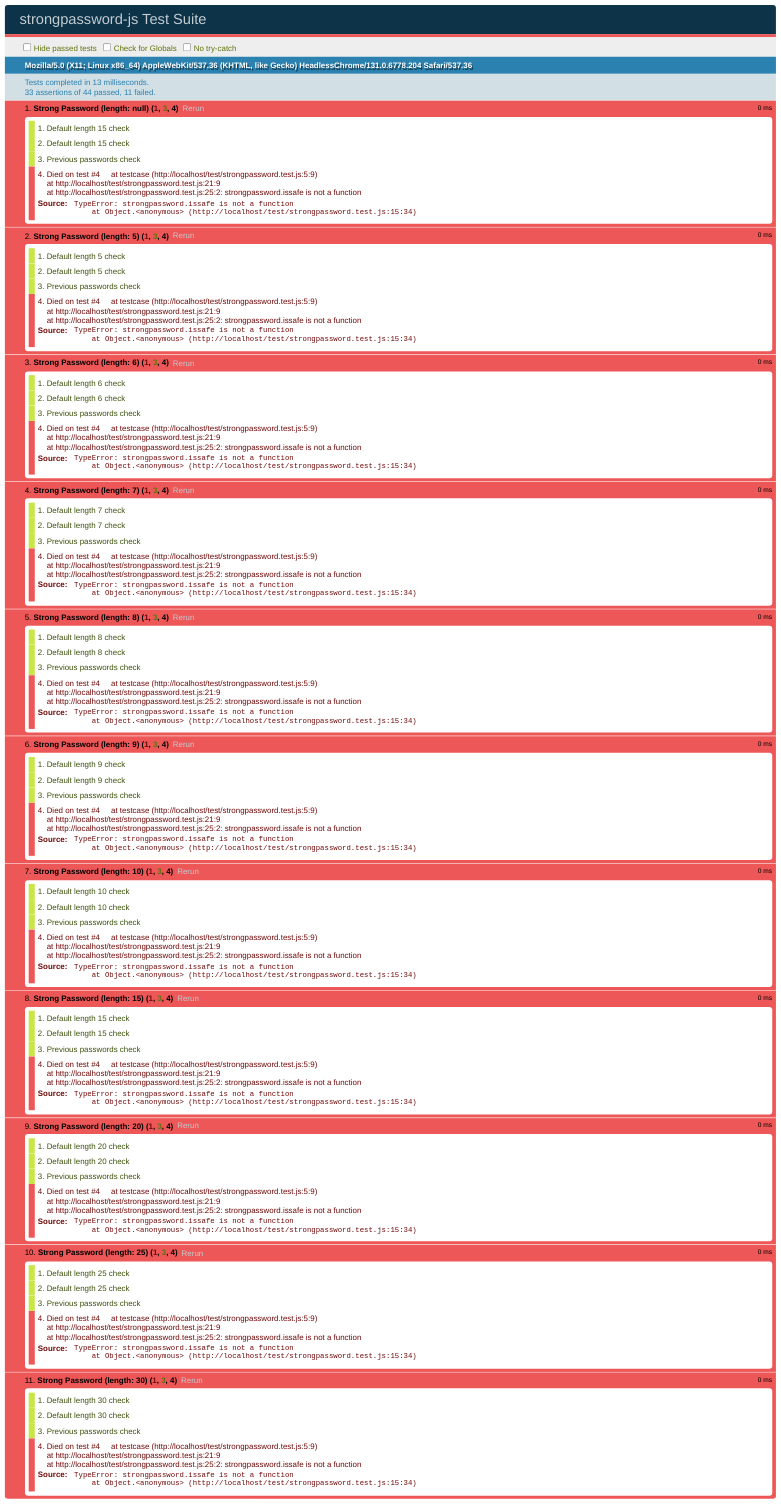
Repository: jongha/strongpassword-js
Page: test/strongpassword.html
The author's editor kept a record of every edit. The page is drawn from the files as they stood at one moment, then again after the next edit.
The browser window is 1280 px wide. The pictures show the whole page, at 61% of full size.

Above is the page before.

### test/strongpassword.html
<!DOCTYPE html>
<html>
<head>
  <meta charset="utf-8">
  <title>strongpassword-js Test Suite</title>
  <script src="../libs/js/jquery-1.10.2.min.js"></script>
  <!-- Load local QUnit (grunt requires v1.0.0 or newer). -->
  <link rel="stylesheet" href="../libs/css/qunit-1.12.0.css" media="screen">
  <script src="../libs/js/qunit-1.12.0.js"></script>
  <!-- Load local lib and tests. -->
  <script src="../src/strongpassword.js"></script>
  <script src="strongpassword.test.js"></script>
  <!-- Removing access to jQuery and $. But it'll still be available as _$, if
       you REALLY want to mess around with jQuery in the console. REMEMBER WE
       ARE TESTING YOUR PLUGIN HERE -->
  <script>window._$ = jQuery.noConflict(true);</script>
</head>
<body>
  <h1 id="qunit-header">strongpassword-js Test Suite</h1>
  <h2 id="qunit-banner"></h2>
  <div id="qunit-testrunner-toolbar"></div>
  <h2 id="qunit-userAgent"></h2>
  <ol id="qunit-tests"></ol>
  <div id="qunit-fixture"></div>
</body>
</html>

### src/strongpassword.js
var strongpassword = {
    VALIDATIONS: [
        "abcdefghijklmnopqrstuvwxyz",
        "ABCDEFGHIJKLMNOPQRSTUVWXYZ",
        "0123456789",
        "`!?$?%^&*()_-+={[}]:;@'~#|\\<>.?/];"
    ],

    // generate strong password
    // size: generated password size
    get: function(size) {
        size = size || 15;

        var MAX_SEED = 100;
        var i, result = [], visit = [], map = this.VALIDATIONS.slice(0);

        while(size-- > 0) {
            if(visit.length === 0) {
                visit = [];
                for(i=0; i<map.length; ++i) {
                    visit.push(i);
                }
            }

            var idx = parseInt(Math.random() * MAX_SEED) % visit.length;
            var map_index = visit[idx];
            var code = map[map_index][parseInt(Math.random() * MAX_SEED) % map[map_index].length];

            result.push(code);

            map[map_index] = map[map_index].replace(code, "");
            visit = visit.slice(0, idx).concat(visit.slice(idx + 1, visit.length));
        }
        return result.join("");
    },

    // get strong point
    // 0: week
    // VALIDATIONS.length: strong
    point: function(password, threshold) {
        threshold = threshold || 15;

        var check = false, i, j, k, point = 0;
        if(password.length >= threshold) {
            for(i=0; i<this.VALIDATIONS.length; ++i) {
                for(j=0; j<this.VALIDATIONS[i].length; ++j) {

                    for(k=0; k<password.length; ++k) {
                        check = (this.VALIDATIONS[i][j] === password[k]);
                        if(check) { ++point; break; }
                    }

                    if(check) { break; }
                }

                if(!check) { break; }
            }
        }

        return point;
    },

    // validate password is strong
    // password: password for valication
    // threshold: min-length for strong password (default: 10)
    isstrong: function(password, threshold) {
        return this.point(password, threshold) === this.VALIDATIONS.length;
    }
};

### test/strongpassword.test.js
(function() {

    var length = [null, 5, 6, 7, 8, 9, 10, 15, 20, 25, 30];
    var testcase = function(size) {
        test("Strong Password (length: " + size + ")", function() {
            size = size || 15;

            var password1 = strongpassword.get(size);
            var password2 = strongpassword.get(size);

            equal(password1.length, size, "Default length " + size + " check");
            equal(password2.length, size, "Default length " + size + " check");
            notEqual(password1, password2, "Previous passwords check");

            equal(strongpassword.issafe(password1), true, "Password validation check");
            equal(strongpassword.issafe(password2), true, "Password validation check");
        });
    };

    for(var l in length) {
        testcase(length[l]);
    }


}(jQuery));

Loaded but not shown: libs/js/jquery-1.10.2.min.js (library); libs/css/qunit-1.12.0.css (library); libs/js/qunit-1.12.0.js (library)

After the next edit:
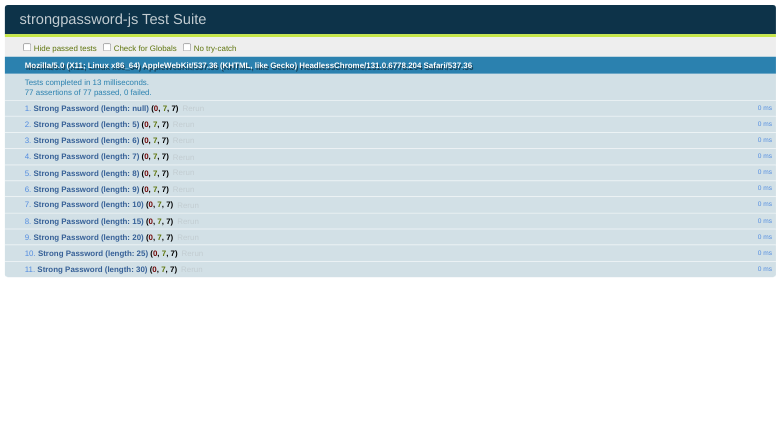
The edit:
--- a/test/strongpassword.test.js
+++ b/test/strongpassword.test.js
@@ -12,8 +12,12 @@
             equal(password2.length, size, "Default length " + size + " check");
             notEqual(password1, password2, "Previous passwords check");
 
-            equal(strongpassword.issafe(password1), true, "Password validation check");
-            equal(strongpassword.issafe(password2), true, "Password validation check");
+            equal(strongpassword.isstrong(password1, size), true, "Password validation check");
+            equal(strongpassword.isstrong(password2, size), true, "Password validation check");
+
+            var l = strongpassword.VALIDATIONS.length;
+            equal(strongpassword.point(password1, size), l, "Password validation point check");
+            equal(strongpassword.point(password2, size), l, "Password validation point check");
         });
     };
 
